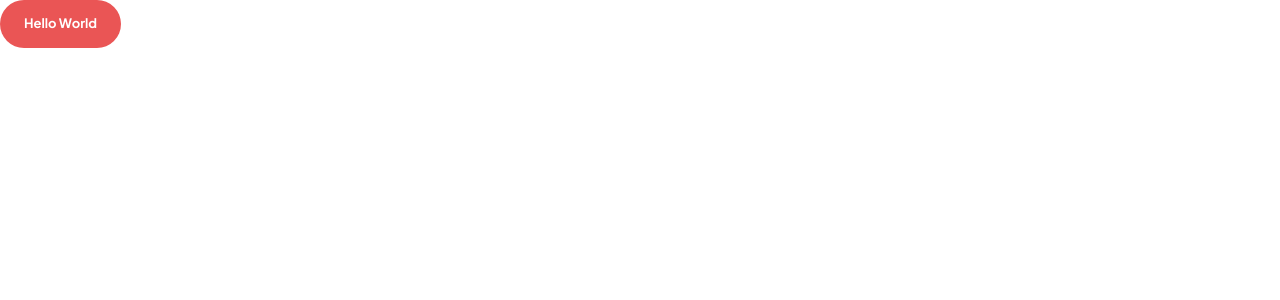
Repository: Baraajad231/Kanban-Board
Page: /
An editor plug-in stored every save of this project. The page is shown before and after the next save, followed by the edit.
The browser window is 1280 px wide. The pictures show the whole page.
The project was rebuilt for these pictures with package versions that can differ from the ones it lists, and the page was loaded fresh each time. Also part of the build but not shown: vite.config.js.

Above is the page before, as saved 2026-03-24 14:08:38.

### index.html
<!doctype html>
<html lang="en">
  <head>
    <meta charset="UTF-8" />
    <meta name="viewport" content="width=device-width, initial-scale=1.0" />
    <link rel="preconnect" href="https://fonts.googleapis.com" />
    <link rel="preconnect" href="https://fonts.gstatic.com" crossorigin />
    <link
      href="https://fonts.googleapis.com/css2?family=Plus+Jakarta+Sans:ital,wght@0,200..800;1,200..800&display=swap"
      rel="stylesheet"
    />
    <title>kanban-board</title>
  </head>
  <body>
    <div id="root"></div>
    <script type="module" src="/src/main.jsx"></script>
  </body>
</html>

### src/index.css
@import "tailwindcss";

@theme {
  --font-jakarta: "Plus Jakarta Sans", sans-serif;

  --color-transparent: transparent;
  --color-current: currentColor;

  --color-main-purple: #635fc7;
  --color-main-purple-hover: #a8a4ff;
  --color-white: #ffffff;
  --color-black: #000112;
  --color-very-dark-grey: #1e1e1e;
  --color-dark-grey: #2b2c37;
  --color-lines: #3e3f4e;
  --color-medium-grey: #828fa3;
  --color-lines-light: #e4ebfa;
  --color-light-grey: #f4f7fd;
  --color-red: #ea5555;
  --color-red-hover: #ff9898;

  /* أحجام الخطوط - التنسيق صحيح جداً لـ Tailwind v4 */
  --text-heading-s: 0.75rem;
  --text-heading-s--font-weight: 700;

  --text-heading-m: 0.9rem;
  --text-heading-m--font-weight: 700;

  --text-heading-l: 1.125rem;
  --text-heading-l--font-weight: 700;

  --text-heading-xl: 1.5rem;
  --text-heading-xl--font-weight: 700;

  --text-body-m: 0.75rem;
  --text-body-m--font-weight: 700;

  --text-body-l: 0.8125rem;
  --text-body-l--font-weight: 500;
}

### src/App.jsx
import Button from "./components/Button";

function App() {
  return (
    <div className="font-jakarta text-heading-xl text-main-purple ">
      <Button variant="destructive" size="lg">
        Hello World
      </Button>
    </div>
  );
}

export default App;

### src/components/Button.jsx
import { cva } from "class-variance-authority";

const button = cva(
  ["rounded-full", "font-bold", "px-6", "duration-200", "text-[13px]"],
  {
    variants: {
      variant: {
        primary: ["bg-main-purple", "text-white", "hover:bg-main-purple-hover"],
        // **or**
        // primary: "bg-blue-500 text-white border-transparent hover:bg-blue-600",
        secondary: [
          "bg-main-purple/10",
          "text-main-purple",
          "hover:bg-main-purple/25",
        ],
        destructive: ["bg-red", "text-white", "hover:bg-red-hover"],
      },
      size: {
        sm: ["h-10"],
        lg: ["h-12"],
      },
      isFullWidth: {
        true: ["w-full"],
      },
      // `boolean` variants are also supported!
      isDisabled: {
        true: ["opacity-25", "cursor-not-allowed", "hover:bg-main-purple"],
      },
    },

    defaultVariants: {
      variant: "primary",
      size: "lg",
    },
  },
);

const Button = ({
  children,
  variant,
  size,
  isFullWidth,
  isDisabled,
  className,
  ...props
}) => {
  return (
    <button
      className={button({ variant, size, isFullWidth, isDisabled, className })}
      {...props}
    >
      {children}
    </button>
  );
};
export default Button;

### src/components/TextField.jsx
import clsx from "clsx";

const TextField = ({
  placeholder,
  isInvalid,
  name,
  required,
  defaultValue,
}) => {
  return (
    <div className="relative flex flex-1 min-w-80 items-center">
      {isInvalid && (
        <span className="absolute right-4 text-body-l  text-red  text-sm">
          Can't be empty
        </span>
      )}

      <input
        type="text"
        name={name}
        defaultValue={defaultValue}
        placeholder={placeholder}
        required={required}
        className={clsx(
          "w-full rounded-sm border border-medium-gray/25 py-2 pl-4 text-body-l  ",
          {
            "border-red pr-32": isInvalid,
            "pr-4": !isInvalid,
          },
        )}
      />
    </div>
  );
};

export default TextField;

Loaded but not shown: src/main.jsx (common file)

After the next save:
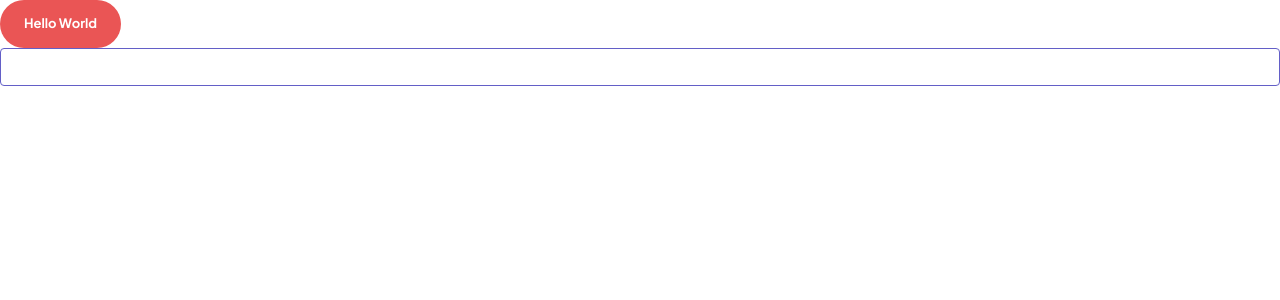
Saved 48 s later.
--- a/src/App.jsx
+++ b/src/App.jsx
@@ -1,4 +1,5 @@
 import Button from "./components/Button";
+import TextField from "./components/TextField";
 
 function App() {
   return (
@@ -6,6 +7,7 @@
       <Button variant="destructive" size="lg">
         Hello World
       </Button>
+      <TextField></TextField>
     </div>
   );
 }
